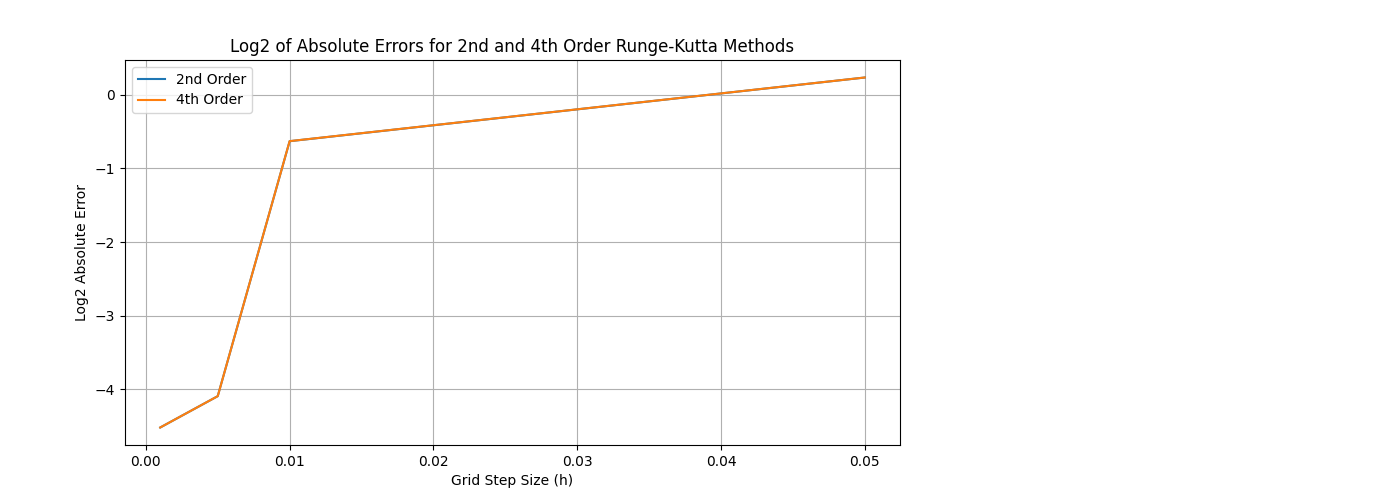
Repository: ChabanovX/runge-kutta-algos
Script's output: python test.py
An editor plug-in stored every save of this project. The script's output is shown before and after a run of saves, followed by the edit.
Random numbers start from a fixed seed.

Above is the script's output before, as saved 2024-11-09 14:30:16.

### test.py
import numpy as np
import matplotlib.pyplot as plt

# Define the differential equations
def diff_eq1(x, y):
    return x + np.cos(y)

def diff_eq2(x, y):
    return x**2 + y**2

def runge_kutta_2nd_order(f, y0, x0, h, x_end):
    n_steps = int((x_end - x0) / h)
    x_vals = np.linspace(x0, x_end, n_steps + 1)
    y_vals = np.zeros(n_steps + 1)
    y_vals[0] = y0
    for i in range(n_steps):
        k1 = h * f(x_vals[i], y_vals[i])
        k2 = h * f(x_vals[i] + h / 2, y_vals[i] + k1 / 2)
        y_vals[i + 1] = y_vals[i] + k2
    return x_vals, y_vals

def runge_kutta_4th_order(f, y0, x0, h, x_end):
    n_steps = int((x_end - x0) / h)
    x_vals = np.linspace(x0, x_end, n_steps + 1)
    y_vals = np.zeros(n_steps + 1)
    y_vals[0] = y0
    for i in range(n_steps):
        k1 = h * f(x_vals[i], y_vals[i])
        k2 = h * f(x_vals[i] + h / 2, y_vals[i] + k1 / 2)
        k3 = h * f(x_vals[i] + h / 2, y_vals[i] + k2 / 2)
        k4 = h * f(x_vals[i] + h, y_vals[i] + k3)
        y_vals[i + 1] = y_vals[i] + (k1 + 2 * k2 + 2 * k3 + k4) / 6

    return x_vals, y_vals

def calculate_relative_errors(rk_method, f, y0, x0, x_end, step_sizes, N_values):
    errors = {}
    previous_values = None

    for h in step_sizes:
        x_vals, y_vals = rk_method(f, y0, x0, h, x_end)
        if previous_values is not None:
            errors[h] = np.abs(y_vals[:10] - previous_values[:10])
        previous_values = y_vals

    return errors

def calculate_absolute_errors(errors):
    abs_errors = {}
    for h, rel_errors in errors.items():
        abs_errors[h] = np.max(rel_errors)
    return abs_errors


def plot_log_absolute_errors(abs_errors_2nd, abs_errors_4th):
    plt.figure(figsize=(10, 5))
    plt.plot(list(abs_errors_2nd.keys()), np.log2(list(abs_errors_2nd.values())), label='2nd Order')
    plt.plot(list(abs_errors_4th.keys()), np.log2(list(abs_errors_4th.values())), label='4th Order')
    plt.xlabel('Grid Step Size (h)')
    plt.ylabel('Log2 Absolute Error')
    plt.legend()
    plt.title('Log2 of Absolute Errors for 2nd and 4th Order Runge-Kutta Methods')
    plt.grid()
    plt.show()


# Parameters
y0_a, x0_a, x_end_a = 30, 1, 2
y0_b, x0_b, x_end_b = 1, 2, 2
step_sizes = [0.1, 0.05, 0.01, 0.005, 0.001]
N_values = [20, 100, 200, 1000]

# Run 2nd and 4th Order methods
errors_2nd_a = calculate_relative_errors(runge_kutta_2nd_order, diff_eq1, y0_a, x0_a, x_end_a, step_sizes, N_values)
errors_4th_a = calculate_relative_errors(runge_kutta_4th_order, diff_eq1, y0_a, x0_a, x_end_a, step_sizes, N_values)

# Compute absolute errors
abs_errors_2nd_a = calculate_absolute_errors(errors_2nd_a)
abs_errors_4th_a = calculate_absolute_errors(errors_4th_a)

# Plot results
plot_log_absolute_errors(abs_errors_2nd_a, abs_errors_4th_a)

After the next 2 saves:
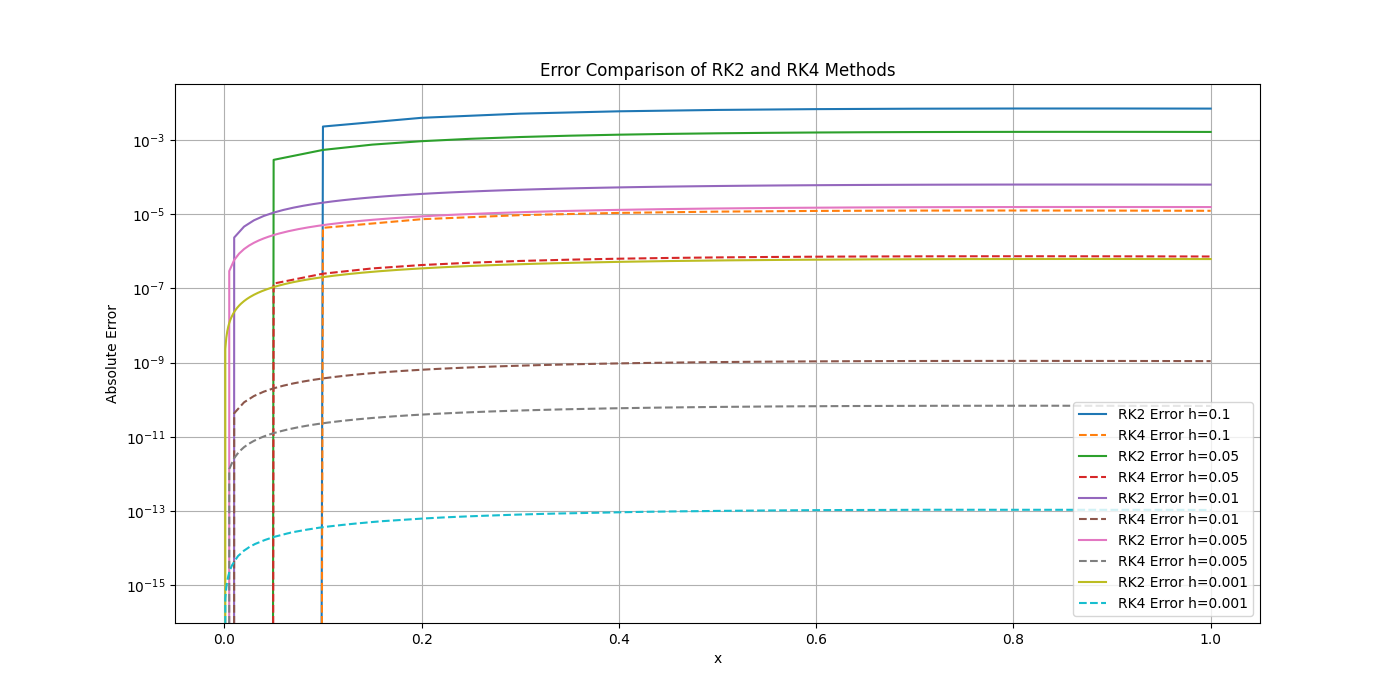
The 2 saves are shown as one change because they came seconds apart.
The last was saved 33 s later.
--- a/test.py
+++ b/test.py
@@ -1,82 +1,77 @@
 import numpy as np
 import matplotlib.pyplot as plt
 
-# Define the differential equations
-def diff_eq1(x, y):
-    return x + np.cos(y)
+def rk2(f, x0, y0, x_end, h):
+    x_values = np.arange(x0, x_end + h, h)
+    y_values = np.zeros(len(x_values))
+    y_values[0] = y0
 
-def diff_eq2(x, y):
-    return x**2 + y**2
+    for i in range(1, len(x_values)):
+        x_n = x_values[i - 1]
+        y_n = y_values[i - 1]
 
-def runge_kutta_2nd_order(f, y0, x0, h, x_end):
-    n_steps = int((x_end - x0) / h)
-    x_vals = np.linspace(x0, x_end, n_steps + 1)
-    y_vals = np.zeros(n_steps + 1)
-    y_vals[0] = y0
-    for i in range(n_steps):
-        k1 = h * f(x_vals[i], y_vals[i])
-        k2 = h * f(x_vals[i] + h / 2, y_vals[i] + k1 / 2)
-        y_vals[i + 1] = y_vals[i] + k2
-    return x_vals, y_vals
+        k1 = f(x_n, y_n)
+        k2 = f(x_n + h, y_n + h * k1)
+        y_values[i] = y_n + (h / 2) * (k1 + k2)
 
-def runge_kutta_4th_order(f, y0, x0, h, x_end):
-    n_steps = int((x_end - x0) / h)
-    x_vals = np.linspace(x0, x_end, n_steps + 1)
-    y_vals = np.zeros(n_steps + 1)
-    y_vals[0] = y0
-    for i in range(n_steps):
-        k1 = h * f(x_vals[i], y_vals[i])
-        k2 = h * f(x_vals[i] + h / 2, y_vals[i] + k1 / 2)
-        k3 = h * f(x_vals[i] + h / 2, y_vals[i] + k2 / 2)
-        k4 = h * f(x_vals[i] + h, y_vals[i] + k3)
-        y_vals[i + 1] = y_vals[i] + (k1 + 2 * k2 + 2 * k3 + k4) / 6
+    return x_values, y_values
 
-    return x_vals, y_vals
+def rk4(f, x0, y0, x_end, h):
+    x_values = np.arange(x0, x_end + h, h)
+    y_values = np.zeros(len(x_values))
+    y_values[0] = y0
 
-def calculate_relative_errors(rk_method, f, y0, x0, x_end, step_sizes, N_values):
-    errors = {}
-    previous_values = None
+    for i in range(1, len(x_values)):
+        x_n = x_values[i - 1]
+        y_n = y_values[i - 1]
 
-    for h in step_sizes:
-        x_vals, y_vals = rk_method(f, y0, x0, h, x_end)
-        if previous_values is not None:
-            errors[h] = np.abs(y_vals[:10] - previous_values[:10])
-        previous_values = y_vals
+        k1 = f(x_n, y_n)
+        k2 = f(x_n + h / 2, y_n + h / 2 * k1)
+        k3 = f(x_n + h / 2, y_n + h / 2 * k2)
+        k4 = f(x_n + h, y_n + h * k3)
 
-    return errors
+        y_values[i] = y_n + (h / 6) * (k1 + 2 * k2 + 2 * k3 + k4)
 
-def calculate_absolute_errors(errors):
-    abs_errors = {}
-    for h, rel_errors in errors.items():
-        abs_errors[h] = np.max(rel_errors)
-    return abs_errors
+    return x_values, y_values
 
+# Define the ODE y' = -2y + 2x^2 + 2x
+def f(x, y):
+    return -2 * y + 2 * x**2 + 2 * x
 
-def plot_log_absolute_errors(abs_errors_2nd, abs_errors_4th):
-    plt.figure(figsize=(10, 5))
-    plt.plot(list(abs_errors_2nd.keys()), np.log2(list(abs_errors_2nd.values())), label='2nd Order')
-    plt.plot(list(abs_errors_4th.keys()), np.log2(list(abs_errors_4th.values())), label='4th Order')
-    plt.xlabel('Grid Step Size (h)')
-    plt.ylabel('Log2 Absolute Error')
-    plt.legend()
-    plt.title('Log2 of Absolute Errors for 2nd and 4th Order Runge-Kutta Methods')
-    plt.grid()
-    plt.show()
+# Analytical solution
+def exact_solution(x):
+    return np.exp(-2 * x) + x**2
 
+# Initial conditions
+x0 = 0
+y0 = 1
+x_end = 1
 
-# Parameters
-y0_a, x0_a, x_end_a = 30, 1, 2
-y0_b, x0_b, x_end_b = 1, 2, 2
-step_sizes = [0.1, 0.05, 0.01, 0.005, 0.001]
-N_values = [20, 100, 200, 1000]
+# Step sizes
+h_values = [0.1, 0.05, 0.01, 0.005, 0.001]
 
-# Run 2nd and 4th Order methods
-errors_2nd_a = calculate_relative_errors(runge_kutta_2nd_order, diff_eq1, y0_a, x0_a, x_end_a, step_sizes, N_values)
-errors_4th_a = calculate_relative_errors(runge_kutta_4th_order, diff_eq1, y0_a, x0_a, x_end_a, step_sizes, N_values)
+# Prepare plots
+plt.figure(figsize=(14, 7))
 
-# Compute absolute errors
-abs_errors_2nd_a = calculate_absolute_errors(errors_2nd_a)
-abs_errors_4th_a = calculate_absolute_errors(errors_4th_a)
+for h in h_values:
+    # RK2 method
+    x_rk2, y_rk2 = rk2(f, x0, y0, x_end, h)
+    y_exact_rk2 = exact_solution(x_rk2)
+    error_rk2 = np.abs(y_rk2 - y_exact_rk2)
 
-# Plot results
-plot_log_absolute_errors(abs_errors_2nd_a, abs_errors_4th_a)
+    # RK4 method
+    x_rk4, y_rk4 = rk4(f, x0, y0, x_end, h)
+    y_exact_rk4 = exact_solution(x_rk4)
+    error_rk4 = np.abs(y_rk4 - y_exact_rk4)
+
+    # Plot errors
+    plt.plot(x_rk2, error_rk2, label=f'RK2 Error h={h}')
+    plt.plot(x_rk4, error_rk4, '--', label=f'RK4 Error h={h}')
+
+plt.xlabel('x')
+plt.ylabel('Absolute Error')
+plt.title('Error Comparison of RK2 and RK4 Methods')
+plt.legend()
+plt.yscale('log')  # Use logarithmic scale for error
+plt.grid(True)
+plt.show()
